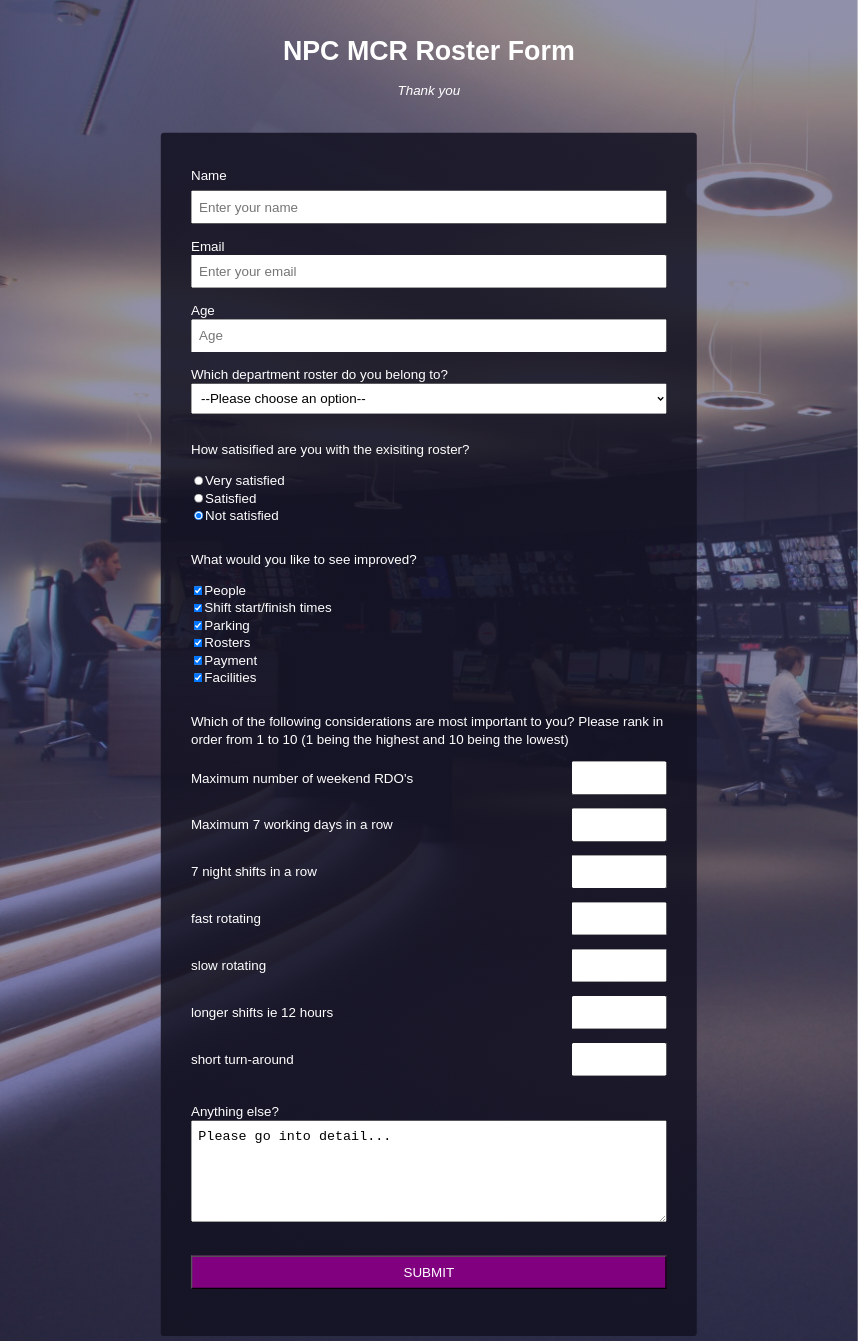
Repository: rvass/fcc-survey-form
Page: index.html
The author's editor kept a record of every edit. The page is drawn from the files as they stood at one moment, then again after the next edit.
The browser window is 1280 px wide. The pictures show the whole page, at 67% of full size.

Above is the page before.

### index.html
<!DOCTYPE html>
<html>
    <head>
        <title>NPC MCR Roster Form</title>
        <link rel="stylesheet" href="styles.css" type="text/css" />
    </head>
    <body>
        <header>
            <h1 id="title">NPC MCR Roster Form</h1>
            <p id="description">Thank you</p>
        </header>
        <form id="survey-form" action="mailto:rvass@npcmedia.com.au">
            <div class="form-div">
                <label id="name-label" for="name">Name</label>
                <input type="text" placeholder="Enter your name" id="name">
            </div>
            <div lass="form-div">
                <label id="email-label" for="email">Email</label>
                <input type="email" placeholder="Enter your email" id="email">
            </div>

            <div lass="form-div">
                <label id="number-label" for="number">Age</label>
                <input type="number" min="10" max="100" placeholder="Age" id="number">
            </div>

            <div lass="form-div">
                <label for="dropdown">Which department roster do you belong to?</label>
                <select id="dropdown">
                    <option value="">--Please choose an option--</option>
                    <option value="MCR">MCR Team Lead</option>
                    <option value="MCR">MCR</option>
                    <option value="Pres">Presentation Supervisor</option>
                    <option value="MCR">Presentation</option>
                    <option value="Ingest">Ingest</option>
                    <option value="Engineering">Engineering</option>
                </select>
            </div>

            <div class="non-flex-div">
                <p>How satisified are you with the exisiting roster?</p>

                <label for="very-satisfied"><input type="radio" value="very-satisfied" id="very-satisfied" name="how-satisfied" checked/>Very satisfied</label>
                <label for="satisfied"><input type="radio" value="satisfied" id="satisfied" name="how-satisfied" checked/>Satisfied</label>
                <label for="not-satisfied"><input type="radio" value="not-satisfied" id="not-satisfied" name="how-satisfied" checked/>Not satisfied</label>
            </div>


            <div>
                <p>What would you like to see improved?</p>
                <label for="people"><input type="checkbox" id="people" value="people" name="improvements" checked/>People</label>
                <label for="procedures"><input type="checkbox" id="procedures" value="procedures"  name="improvements" checked/>Shift start/finish times</label>
                <label for="parking"><input type="checkbox" id="parking" value="parking" name="improvements" checked/>Parking</label>
                <label for="rosters"><input type="checkbox" id="rosters" value="rosters" name="improvements" checked/>Rosters</label>
                <label for="payment"><input type="checkbox" id="payment" value="payment" name="improvements" checked/>Payment</label>
                <label for="facilities"><input type="checkbox" id="facilities" value="facilities" name="improvements" checked/>Facilities</label>
            </div>

            <div>
                <p>Which of the following considerations are most important to you? Please rank in order from 1 to 10 (1 being the highest and 10 being the lowest)</p>

                <div class="considerations">
                    <label for="max-weekends">Maximum number of weekend RDO's</label>
                    <input type="number" name="priority" id="max-weekends">
                </div>
                <div class="considerations">
                    <label for="max-weekends">Maximum 7 working days in a row</label>
                    <input type="number" name="priority" id="max-weekends">
                </div>
                <div class="considerations">
                    <label for="max-weekends">7 night shifts in a row</label>
                    <input type="number" name="priority" id="max-weekends">
                </div>
                <div class="considerations">
                    <label for="max-weekends">fast rotating</label>
                    <input type="number" name="priority" id="max-weekends">
                </div>
                <div class="considerations">
                    <label for="max-weekends">slow rotating</label>
                    <input type="number" name="priority" id="max-weekends">
                </div>
                <div class="considerations">
                    <label for="max-weekends">longer shifts ie 12 hours</label>
                    <input type="number" name="priority" id="max-weekends">
                </div>
                <div class="considerations">
                    <label for="max-weekends">short turn-around</label>
                    <input type="number" name="priority" id="max-weekends">
                </div>



            </div>

            <div>
                <label for="else">Anything else?</label>
                <textarea id="else" name="else" rows="5" cols="33">Please go into detail...</textarea>
            </div>

            <div>
                <button type="submit" id="submit">Submit</button>
            </div>



        </form>
        <script type="text/javascript" src="https://cdn.freecodecamp.org/testable-projects-fcc/v1/bundle.js"></script>
    </body>
</html>

### styles.css
* {
    box-sizing: border-box;
    line-height: 1.3;
}

html {
    color: white;
    font-family: arial;
    font-size: 20px;
}

body {
    background:
        linear-gradient(rgba(54, 53, 99, 0.55), rgba(54, 53, 99, 0.55)),
        url(background-image.jpg);
    background-size: cover;
}

/*HEADER STYLES*/
header {
    text-align: center;
    margin: 50px 0;
}
header h1 {
    margin-bottom: 0px;
}
header p {
    font-style: italic;
}

/*FORM STYLES*/
#survey-form {
    background-color: black;
    background: linear-gradient(rgba(18, 17, 33, 0.85), rgba(18, 17, 33, 0.85));

    border-radius: 5px;
    display: flex;
    flex-direction: column;
    min-height: 100vh;
    margin: 0 auto;
    width: 800px;
    padding: 50px 45px;
}
#survey-form > div {
    display: flex;
    flex-direction: column;
    margin-bottom: 20px;
}
input, textarea, select, button {
    font-size: inherit;
    padding: 10px;
}


input[type=number] {
    width: 100%;
    /*font-size: 20px;*/

}

input[type=radio] {
    display: inline;
}

.considerations {
    display: flex;
    align-items: center;
    margin-bottom: 20px;
}

.considerations label  {
    flex: 0 1 80%;
}
.considerations input {
    flex: 0 1 20%;
}

.form-div label {
    margin-bottom: 10px;
}

button {
    cursor: pointer;
    background-color: purple;
    margin-top: 30px;
    color: white;
    text-transform: uppercase;
}

After the next edit:
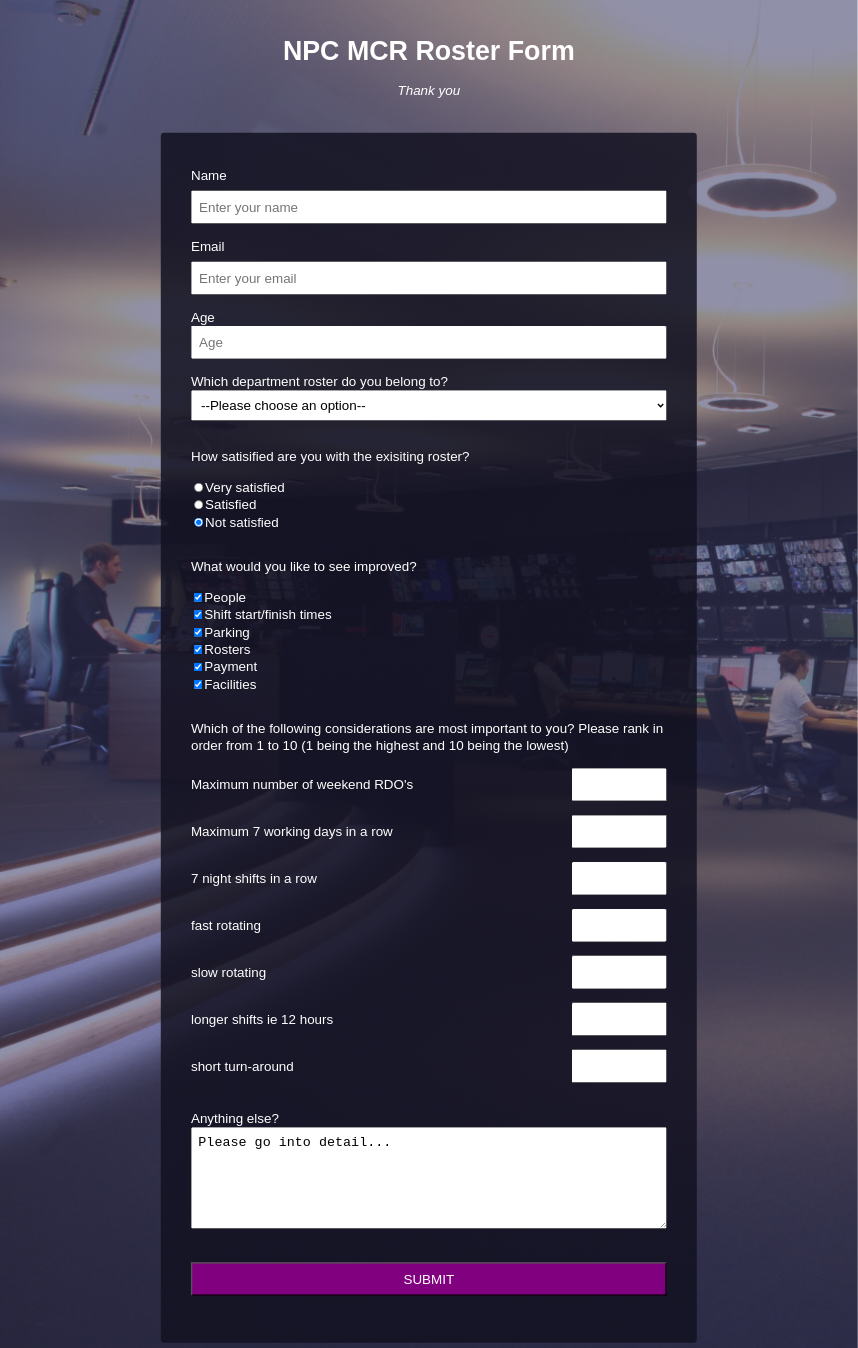
The edit:
--- a/index.html
+++ b/index.html
@@ -14,7 +14,7 @@
                 <label id="name-label" for="name">Name</label>
                 <input type="text" placeholder="Enter your name" id="name">
             </div>
-            <div lass="form-div">
+            <div class="form-div">
                 <label id="email-label" for="email">Email</label>
                 <input type="email" placeholder="Enter your email" id="email">
             </div>
